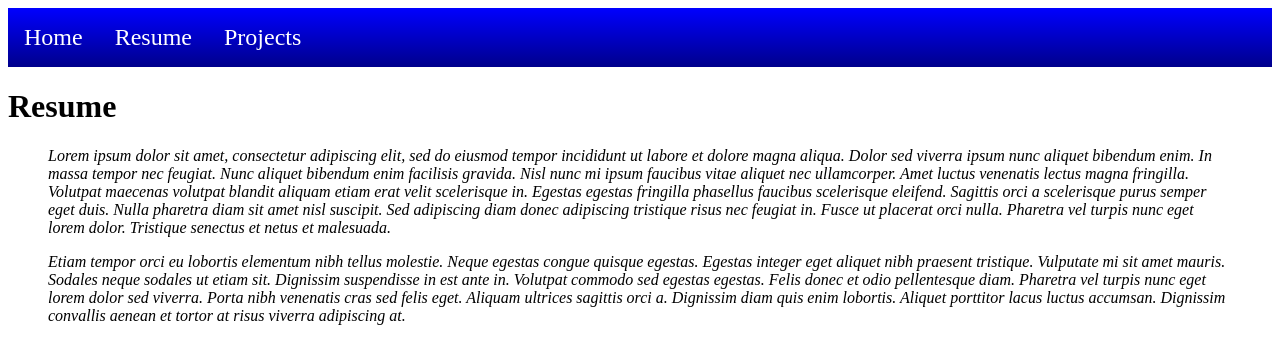
Repository: jason-ward220/jason-ward220.github.io
Page: resume.html
The author's editor kept a record of every edit. The page is drawn from the files as they stood at one moment, then again after the next edit.
The browser window is 1280 px wide. The pictures show the whole page.

Above is the page before.

After the next edit:
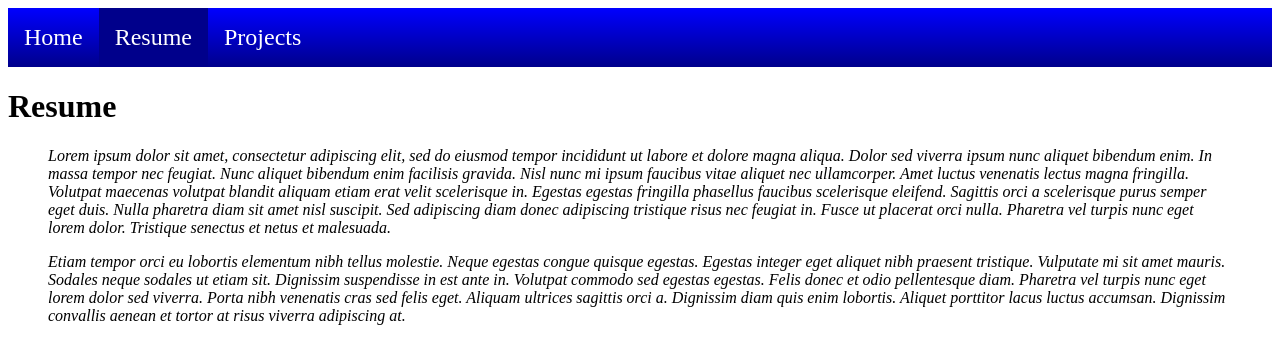
The edit:
--- a/resume.html
+++ b/resume.html
@@ -44,6 +44,10 @@
             {
                 display: block;
             }
+            .active
+            {
+                background-color: darkBlue;
+            }
         </style>
     </head>
     <body>
